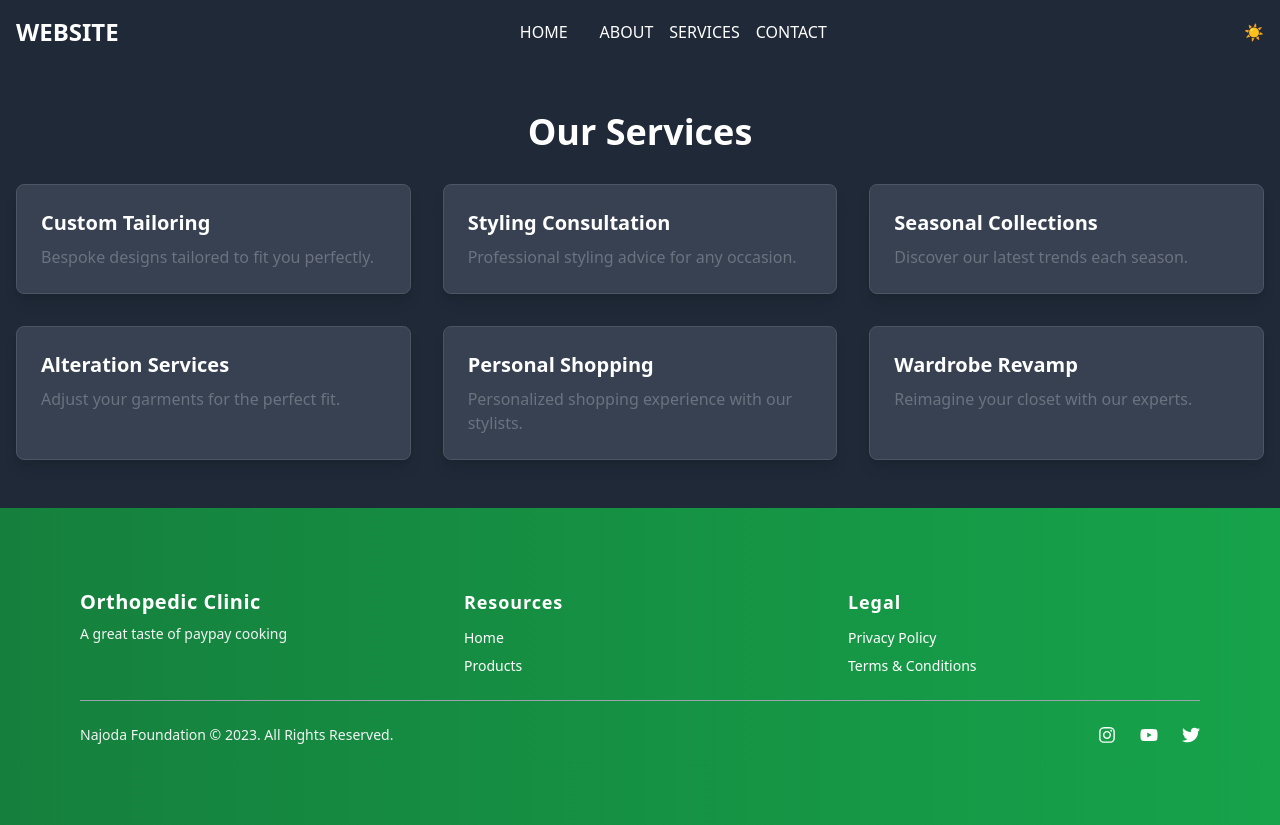
Repository: countaustin1990/file-C-Users-user-Documents-Final-20Cart
Page: /services (app in Documents/BXXXN/my-app/)
The author's editor kept a copy of each file at every save. The page is drawn from the files as they stood at one save, then again after the next save.
The browser window is 1280 px wide. The pictures show the whole page.
The project was rebuilt for these pictures with package versions that can differ from the ones it lists, and the page was loaded fresh each time. Also part of the build but not shown: Documents/BXXXN/my-app/vite.config.js, Documents/BXXXN/my-app/src/components/folder/HeroSection.test.jsx, Documents/BXXXN/my-app/src/components/horizontalscroll/style.css, Documents/BXXXN/my-app/src/components/horizontalscroll/HorizontalScroll.jsx, Documents/BXXXN/my-app/src/pages/home/Home.test.jsx, Documents/BXXXN/my-app/src/pages/contact/Contact.jsx, Documents/BXXXN/my-app/src/pages/about/About.jsx.

Above is the page before, as saved 2024-10-31 21:54:46.

After the next save:
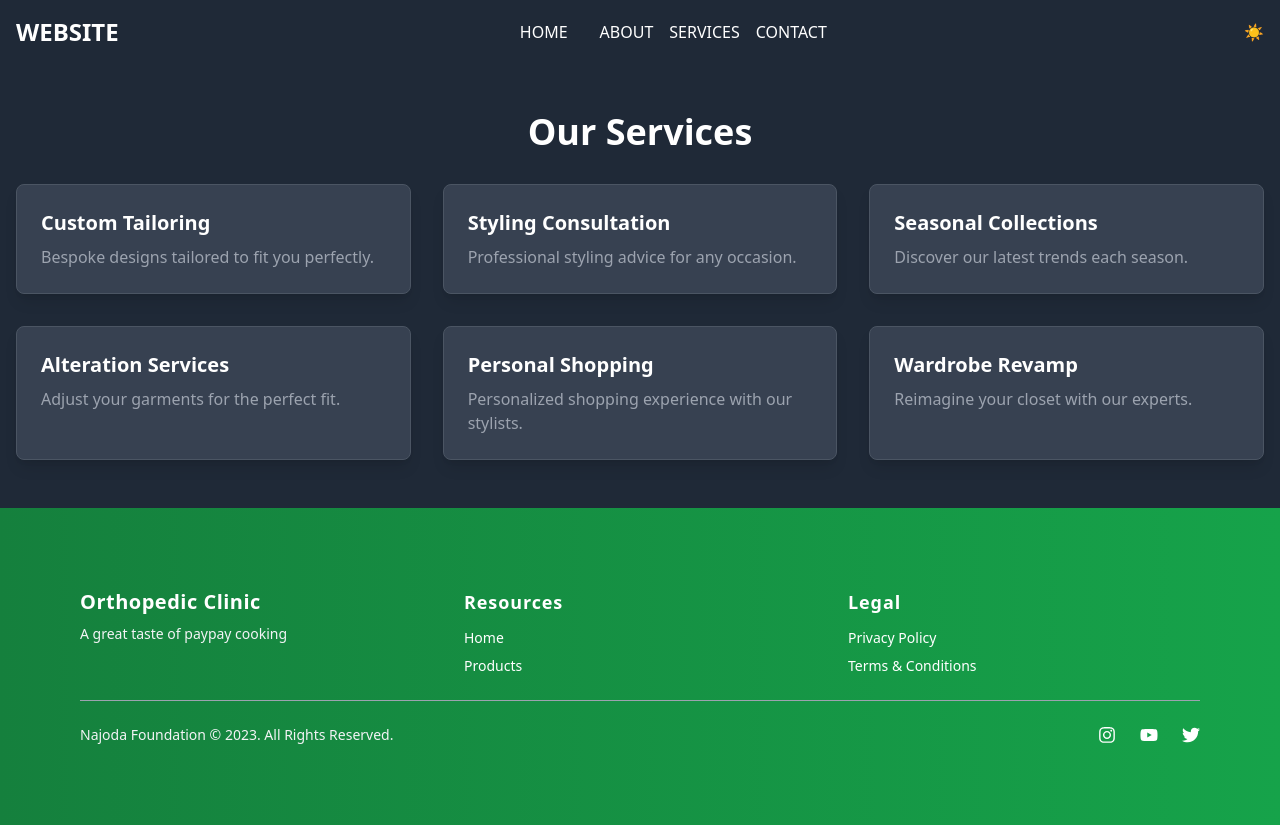
Saved 12 s later.
--- a/Documents/BXXXN/my-app/src/pages/services/Services.jsx
+++ b/Documents/BXXXN/my-app/src/pages/services/Services.jsx
@@ -20,7 +20,7 @@ const Services = ({ theme }) => {
             className={`p-6 shadow-lg rounded-lg transition-transform transform hover:scale-105 ${theme === 'light' ? 'bg-white border border-gray-300' : 'bg-gray-700 border border-gray-600'}`}
           >
             <h2 className="text-xl font-semibold mb-2">{service.title}</h2>
-            <p className="text-gray-500">{service.description}</p>
+            <p className="text-gray-400">{service.description}</p>
           </div>
         ))}
       </div>
